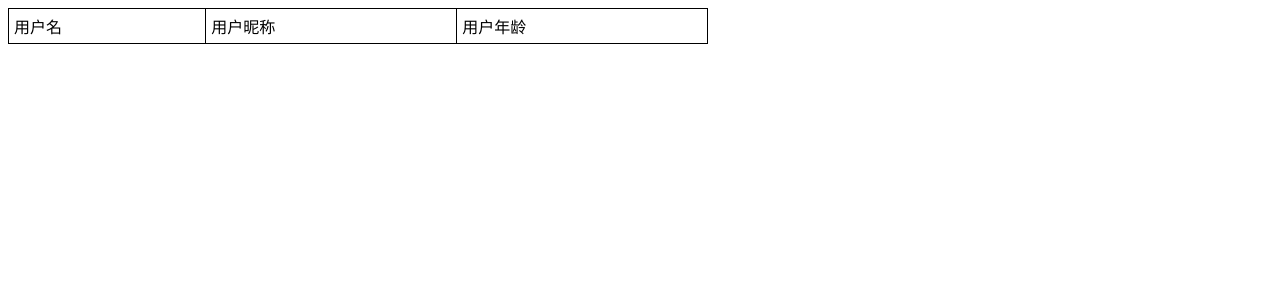
Repository: zoulincheng/javaeestudy
Page: http://localhost/jstl01/userList.do
An editor plug-in stored every save of this project. The page is shown before and after the next save, followed by the edit.
The browser window is 1280 px wide. The pictures show the whole page.
The page is served by Tomcat 9. Other server files are loaded and not shown.

Above is the page before, as saved 2016-06-13 14:14:08.

### j2EE/javaweb/jstl01/WebContent/WEB-INF/user/list.jsp
<%@ page language="java" contentType="text/html; charset=UTF-8"
    pageEncoding="UTF-8"%>
<%@taglib prefix="c" uri="http://java.sun.com/jsp/jstl/core" %>
<!DOCTYPE html PUBLIC "-//W3C//DTD HTML 4.01 Transitional//EN" "http://www.w3.org/TR/html4/loose.dtd">
<html>
<head>
<meta http-equiv="Content-Type" content="text/html; charset=UTF-8">
<title>Insert title here</title>
<style type="text/css">
	table{
		border-bottom: 1px solid #000;
		border-right: 1px solid #000;
	}
	table td{
		border-top: 1px solid #000;
		border-left: 1px solid #000;
		padding: 5px;
	}
</style>
</head>
<body>
<table width="700" cellpadding="0" cellspacing="0">
	<tr><td>用户名</td><td>用户昵称</td><td>用户年龄</td></tr>
	<c:if test="${empty users }">
		<tr></tr>
	</c:if>
	<c:forEach var="user" items="${users}">
		<tr><td>${user.username }</td><td>${user.nickname }</td><td>${user.age }</td></tr>
	</c:forEach>
</table>
</body>
</html>

### j2EE/javaweb/jstl01/src/itat/zttc/mvc/servlet/UserList.java
package itat.zttc.mvc.servlet;

import java.io.IOException;
import java.util.List;

import javax.servlet.ServletException;
import javax.servlet.http.HttpServlet;
import javax.servlet.http.HttpServletRequest;
import javax.servlet.http.HttpServletResponse;

import itat.zttc.mvc.model.User;

/**
 * Servlet implementation class UserList
 */
public class UserList extends HttpServlet {
	private static final long serialVersionUID = 1L;

    /**
     * @see HttpServlet#HttpServlet()
     */
    public UserList() {
        super();
    }

	/**
	 * @see HttpServlet#doGet(HttpServletRequest request, HttpServletResponse response)
	 */
	protected void doGet(HttpServletRequest request, HttpServletResponse response) throws ServletException, IOException {
		doPost(request, response);
	}

	/**
	 * @see HttpServlet#doPost(HttpServletRequest request, HttpServletResponse response)
	 */
	protected void doPost(HttpServletRequest request, HttpServletResponse response) throws ServletException, IOException {
		List<User> users = (List<User>)request.getSession().getServletContext().getAttribute("storeUsers");
		request.setAttribute("users", users);
		request.getRequestDispatcher("/WEB-INF/user/list.jsp").forward(request, response);
	}

}

After the next save:
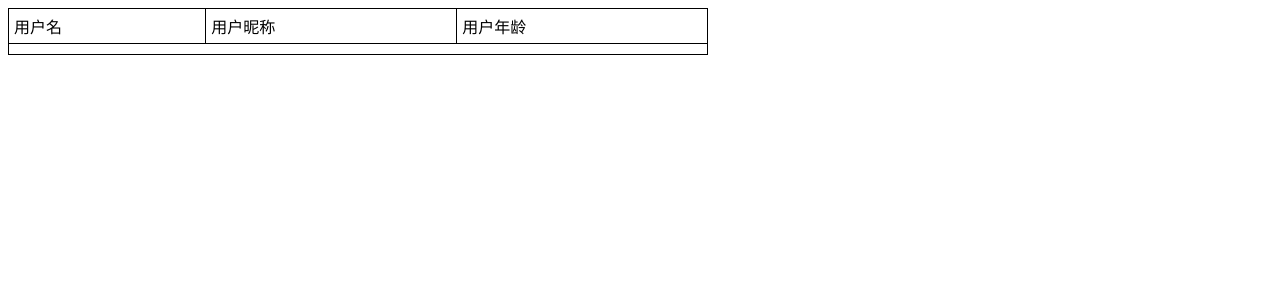
Saved 28 s later.
--- a/j2EE/javaweb/jstl01/WebContent/WEB-INF/user/list.jsp
+++ b/j2EE/javaweb/jstl01/WebContent/WEB-INF/user/list.jsp
@@ -22,7 +22,7 @@
 <table width="700" cellpadding="0" cellspacing="0">
 	<tr><td>用户名</td><td>用户昵称</td><td>用户年龄</td></tr>
 	<c:if test="${empty users }">
-		<tr></tr>
+		<tr><td colspan="3"></td></tr>
 	</c:if>
 	<c:forEach var="user" items="${users}">
 		<tr><td>${user.username }</td><td>${user.nickname }</td><td>${user.age }</td></tr>
